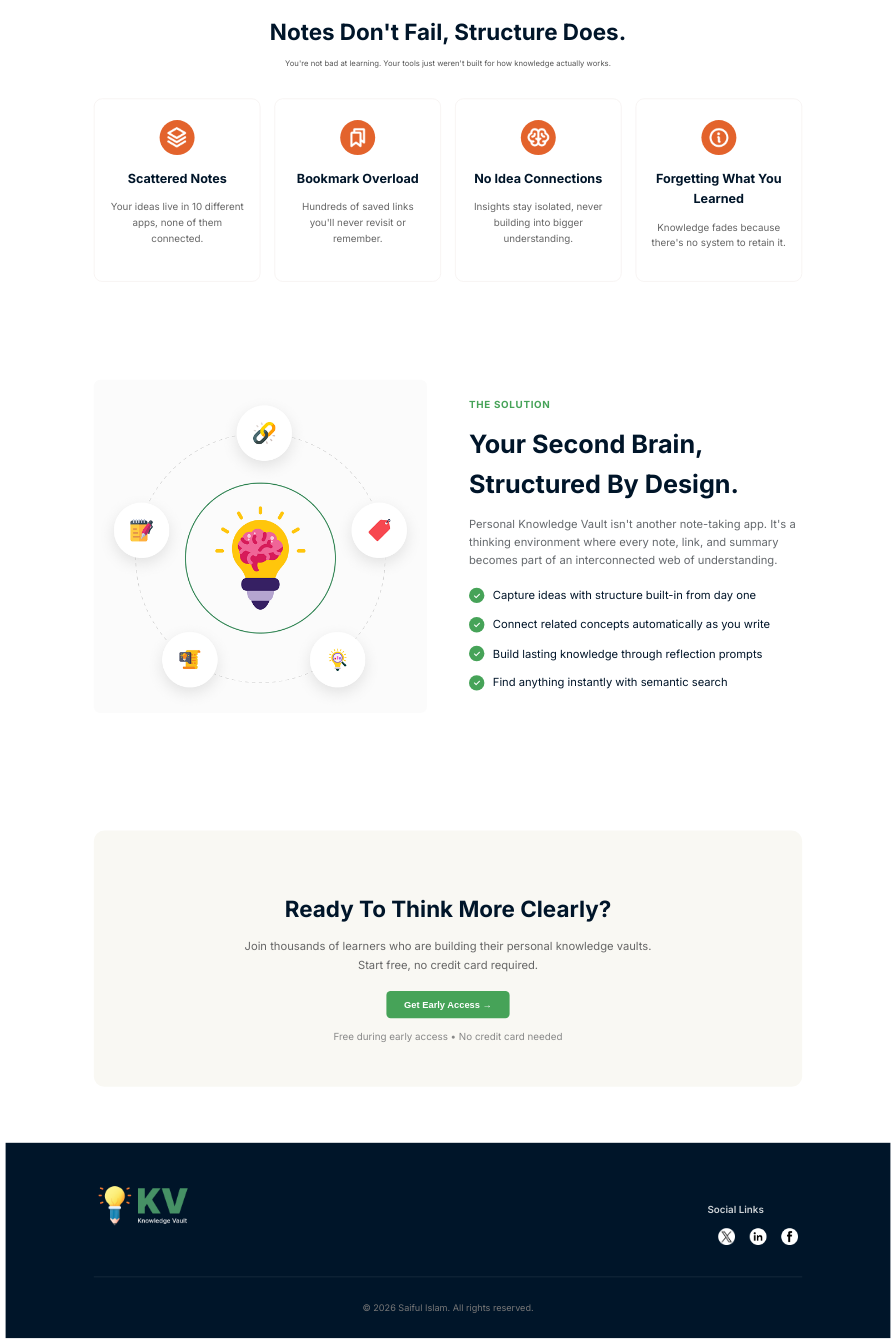
Repository: Saiful21Islam/my-fast-devel
Page: index.html
These files come from the project's save history. The page is drawn as it stood at one moment and after a run of saves; the edit follows.
The browser window is 1280 px wide. The pictures show the part of the page from y = 681 to 2601 px (the page is 2601 px tall), at 70% of full size.

Above is the page before, as saved 2026-01-31 14:49:58.

### index.html
<!DOCTYPE html>
<html lang="en">

<head>
    <meta charset="UTF-8">
    <meta name="viewport" content="width=device-width, initial-scale=1.0">
    <title>My Fast Development Project</title>
    <link rel="preconnect" href="https://fonts.googleapis.com">
<link rel="preconnect" href="https://fonts.gstatic.com" crossorigin>
<link href="https://fonts.googleapis.com/css2?family=Inter:ital,opsz,wght@0,14..32,100..900;1,14..32,100..900&family=Open+Sans:ital,wght@0,300..800;1,300..800&family=Work+Sans:ital,wght@0,100..900;1,100..900&display=swap" rel="stylesheet">
    <link rel="stylesheet" href="style.css">
</head>

<body>
    <header class="navbar">
        <div class="logo">
            <img src="assets/logo-navbar.png" alt="kv logo">
        </div>
    <nav class="nav-links">
        <a href="#">Features</a>
        <a href="#">How it Works</a>
        <a href="#">Why It's Different</a>
    </nav>
    <button class="btn-primary">Get Early Access</button>
</header>
 <section class="banner">
        <div class="banner-overlay">
            <div class="banner-content">
                <span class="early-badge">Early Access Now Open</span>
                <h1>Structured Thinking, <br><span class="green-text">Not Just Note-Taking.</span></h1>
                <p>A private space to store notes, links, and learning summaries — designed to help you think clearly,
                    connect ideas, and turn learning into long-term knowledge.</p>
                <div class="banner-btns">
                  <button class="btn-primary">Start Building Your Vault &rarr;</button>

                  <button class="btn-outline">
                  <span class="play-icon">&#9655;</span> See How It Works
                           </button>
                </div>
            </div>
        </div>
    </section>
        <section class="notes">
    <h2 class="Notes" >Notes Don't Fail, Structure Does.</h2>
    <p class="subtitle">You're not bad at learning. Your tools just weren't built for how knowledge actually works.</p>

    <div class="card-container">
        <div class="card">
            <div class="icon-circle red-bg"> <img src="assets/Vector.png" alt=""> </div>
            <h3>Scattered Notes</h3>
            <p>Your ideas live in 10 different apps, none of them connected.</p>
        </div>
        <div class="card">
            <div class="icon-circle orange-bg"> <img src="assets/Bookmarks.png" alt=""> </div>
            <h3>Bookmark Overload</h3>
            <p>Hundreds of saved links you'll never revisit or remember.</p>
        </div>
        <div class="card">
            <div class="icon-circle red-bg"> <img src="assets/Brain.png" alt=""> </div>
            <h3>No Idea Connections</h3>
            <p>Insights stay isolated, never building into bigger understanding.</p>
        </div>
        <div class="card">
            <div class="icon-circle red-bg"> <img src="assets/Info.png" alt=""> </div>
            <h3>Forgetting What You Learned</h3>
            <p>Knowledge fades because there's no system to retain it.</p>
        </div>
    </div>
    </section>
 <section class="second-brain">
    <div class="brain-visual">
        <img src="assets/knowledge.png" alt="Second Brain Illustration">
    </div>

    <div class="brain-content">
        <span class="solution-tag">THE SOLUTION</span>
        <h2>Your Second Brain, <br> Structured By Design.</h2>
        <p class="prgrap" >Personal Knowledge Vault isn't another note-taking app. It's a thinking environment where every note, link, and summary becomes part of an interconnected web of understanding.</p>

        <ul class="feature-list">
            <li>Capture ideas with structure built-in from day one</li>
            <li>Connect related concepts automatically as you write</li>
            <li>Build lasting knowledge through reflection prompts</li>
            <li>Find anything instantly with semantic search</li>
        </ul>
    </div>
</section>

<section class="cta-section">
    <div class="cta-container">
        <h2>Ready To Think More Clearly?</h2>
        <p>Join thousands of learners who are building their personal knowledge vaults. <br> Start free, no credit card required.</p>

        <button class="btn-primary">Get Early Access &rarr;</button>

        <span class="cta-subtext">Free during early access • No credit card needed</span>
    </div>
</section>

<footer class="footer">
    <div class="footer-top">
        <div class="footer-logo">
            <span> <div><img src="assets/logo-footer.png" alt=""></div> </span>
        </div>

        <div class="social-links">
            <p class="social-links-title">Social Links</p>
            <div class="icons">
                <a href="#"> <img src="icon/tw.c.png" alt="Twitter"> </a>
                <a href="#"> <img src="icon/in.c.png" alt="LinkedIn"> </a>
                <a href="#"> <img src="icon/fb.c.png" alt="Facebook"> </a>
            </div>
        </div>
    </div>
    <div class="footer-bottom">
        <p>&copy; 2026 Saiful Islam. All rights reserved.</p>
    </div>
</footer>

</body>
</html>

### style.css
/* Google Font (Always on Top) */
@import url('https://fonts.googleapis.com/css2?family=Inter:wght@400;600;700&display=swap');

/* Global */
body {
    font-family: 'Inter', sans-serif;
    color: #001529;
    line-height: 1.6;
}

/* Navbar */
.navbar {
    display: flex;
    justify-content: space-between;
    align-items: center;
    padding: 20px 5%;
}

.nav-links a {
    text-decoration: none;
    color: black;
    margin: 0 15px;
}

/* Buttons */
.btn-early {
    background-color: #46a358;
    color: white;
    padding: 10px 20px;
    border: none;
    border-radius: 5px;
}

/* Banner */
.banner {
    background-image: linear-gradient(rgba(0, 0, 0, 0.5), rgba(0, 0, 0, 0.5)),
        url('assets/hero-bg.png');
    background-size: cover;
    background-position: center;
    height: 500px;

    display: flex;
    justify-content: center;
    align-items: center;
    text-align: center;
    color: white;
}

/* Badge */
.early-badge {
    display: inline-flex;
    align-items: center;
    color: #46a358;
    background-color: #fff;
    padding: 6px 15px;
    border: 1px solid #eee;
    border-radius: 50px;
    font-size: 12px;
    font-weight: 600;
    cursor: pointer;
    box-shadow: 0 2px 5px rgba(0, 0, 0, 0.1);
}

.early-badge::before {
    content: "";
    height: 8px;
    width: 8px;
    background-color: #46a358;
    border-radius: 50%;
    margin-right: 8px;
    box-shadow: 0 0 5px rgba(70, 163, 88, 0.8);
}

/* Text */
h1 {
    font-size: 56px;
    font-weight: 700;
    letter-spacing: -1px;
}

.green-text {
    color: #46a358;
}

.banner p {
    font-size: 18px;
    color: #cfd8dc;
    max-width: 650px;
    margin: 20px auto;
}

/* Banner Buttons */
.banner-btns {
    display: flex;
    justify-content: center;
    gap: 15px;
    margin-top: 30px;
}

.btn-primary {
    background-color: #46a358;
    color: white;
    padding: 12px 25px;
    border: none;
    border-radius: 6px;
    font-weight: 600;
    cursor: pointer;
    transition: 0.3s;
}

.btn-primary:hover {
    background-color: #3b8a4a;
}

.btn-outline {
    background: transparent;
    color: white;
    padding: 12px 25px;
    border: 1px solid rgba(255, 255, 255, 0.4);
    border-radius: 6px;
    font-weight: 500;
    cursor: pointer;
    display: flex;
    align-items: center;
    gap: 8px;
}

.btn-outline:hover {
    background: rgba(255, 255, 255, 0.1);
    border-color: white;
}


.notes {
    text-align: center;
    padding: 60px 10%;
    background-color: #fff;
}

.card-container {
    display: flex;
    /* 4ti card ke pashapashi rakhar jonno */
    gap: 20px;
    margin-top: 40px;
}

.card {
    flex: 1;
    /* Shob card shoman size-er hobe */
    padding: 30px 20px;
    border: 1px solid #f4f0ee;
    border-radius: 12px;
    transition: 0.3s;

}

/* Hover Effect (Challenge Requirement) */
.card:hover {
    box-shadow: 0 10px 20px rgba(0, 0, 0, 0.05);
    transform: translateY(-5px);
}

/* Icon Design */
.icon-circle {
    width: 50px;
    height: 50px;
    border-radius: 50%;
    display: flex;
    align-items: center;
    justify-content: center;
    margin: 0 auto 20px;
    font-size: 20px;

}

.Notes {
    font-size: 32px;
    font-weight: 700;
    margin-bottom: 10px;
}

.subtitle {
    font-size: 11px;
    color: #555;
}

.red-bg {
    background-color: #e3632c;
    color: #f1ecec;
}

.orange-bg {
    background-color: #e3632c;
    color: #fefdfc;
}

.card h3 {
    font-size: 18px;
    margin-bottom: 10px;
}

.card p {
    font-size: 14px;
    color: #666;
}

.second-brain {
    display: flex;
    align-items: center;
    padding: 80px 10%;
    gap: 60px;
}

.brain-visual,
.brain-content {
    flex: 1;
}

.brain-visual img {
    max-width: 100%;
    height: auto;
}

.solution-tag {
    color: #46a358;
    font-size: 14px;
    font-weight: 700;
    text-transform: uppercase;
    letter-spacing: 1px;
}

.brain-content h2 {
    font-size: 36px;
    margin: 15px 0;
    color: #001529;
}

/* Feature List Styling */
.feature-list {
    list-style: none;
    padding: 0;
    margin-top: 25px;
}

.feature-list li {
    display: flex;
    align-items: center;
    margin-bottom: 16px;
    font-size: 16px;
    color: #001529;
}

/* Green Circle Checkmark magic */
.feature-list li::before {
    content: "✓";
    color: white;
    background-color: #46a358;
    width: 22px;
    height: 22px;
    border-radius: 50%;
    display: flex;
    justify-content: center;
    align-items: center;
    margin-right: 12px;
    font-size: 12px;
    font-weight: bold;
    flex-shrink: 0;
}

.prgrap {
    color: #65696d;
}

/* CTA Section Styling */
.cta-section {
    padding: 80px 10%;
    background-color: #fff;
}

.cta-container {
    background-color: #f9f8f3;
    /* Mockup-er halka cream color */
    padding: 60px 20px;
    border-radius: 15px;
    text-align: center;
}

.cta-container h2 {
    font-size: 32px;
    color: #001529;
    margin-bottom: 15px;
}

.cta-container p {
    color: #666;
    margin-bottom: 25px;
    line-height: 1.6;
}

.cta-subtext {
    display: block;
    margin-top: 15px;
    font-size: 14px;
    color: #888;
}

/* Footer Styling */
.footer {
    background-color: #001529;
    /* Deep navy blue */
    color: white;
    padding: 60px 10% 20px;
}

.footer-top {
    display: flex;
    justify-content: space-between;
    align-items: flex-start;
    border-bottom: 1px solid rgba(255, 255, 255, 0.1);
    padding-bottom: 40px;
}

.footer-logo .logo-text {
    font-size: 24px;
    font-weight: bold;
    color: #46a358;
}

.footer-logo p {
    font-size: 12px;
    color: #aaa;
}

.social-links p {
    font-size: 14px;
    margin-bottom: 10px;
}

.social-links .icons a {
    text-decoration: none;
    margin-left: 10px;
    font-size: 20px;
}

.footer-bottom {
    text-align: center;
    padding-top: 20px;
    font-size: 13px;
    color: #777;
}

.social-links {
    text-align: left;
    margin-top: 10px;

}
.social-links-title {
    color: #ffffff;
    font-size: 14px;
    margin-bottom: 15px;
    font-weight: 600;
    opacity: 0.8;
}

.icons {
    text-align: left;
    display: flex;
    justify-content: flex-end;
    gap: 0.em;
}
.icons a {
    display: flex;
    align-items: center;
    justify-content: center;
    width: 35px;
    height: 35px;
    background-color: transparent;
    border-radius: 50%;
    transition: transform 0.3s ease, background-color 0.3s ease;
}

.icons a img {
    width: 24px;
    height: auto;
    display: block;
}

.icons a:hover {
    transform: translateY(-3px);
    background-color: rgba(255, 255, 255, 0.1);
}

After the next 3 saves:
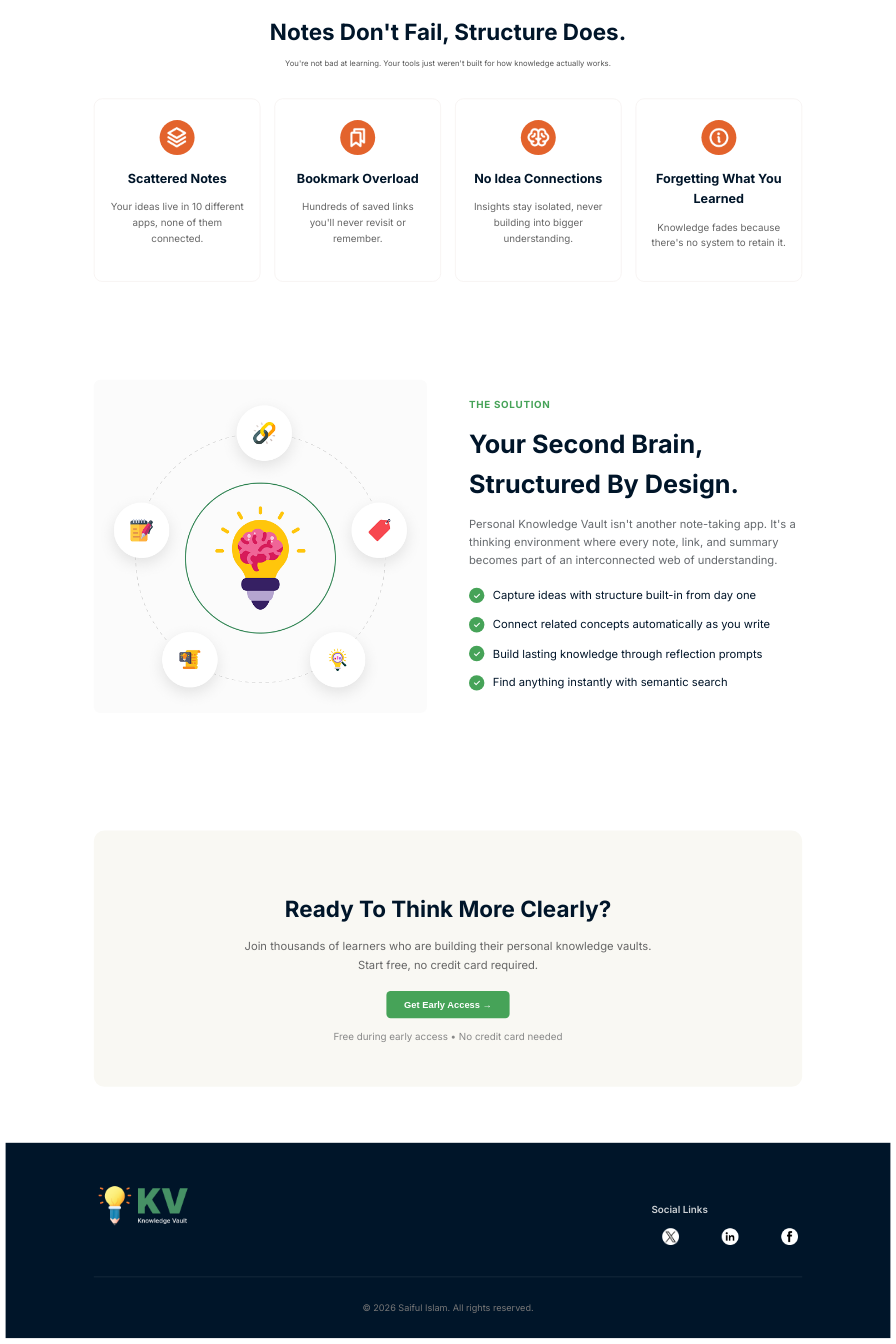
The 3 saves are shown as one change because they came seconds apart.
The last was saved 38 s later.
--- a/style.css
+++ b/style.css
@@ -366,7 +366,7 @@ h1 {
     text-align: left;
     display: flex;
     justify-content: flex-end;
-    gap: 0.em;
+    gap: 40px;
 }
 .icons a {
     display: flex;
